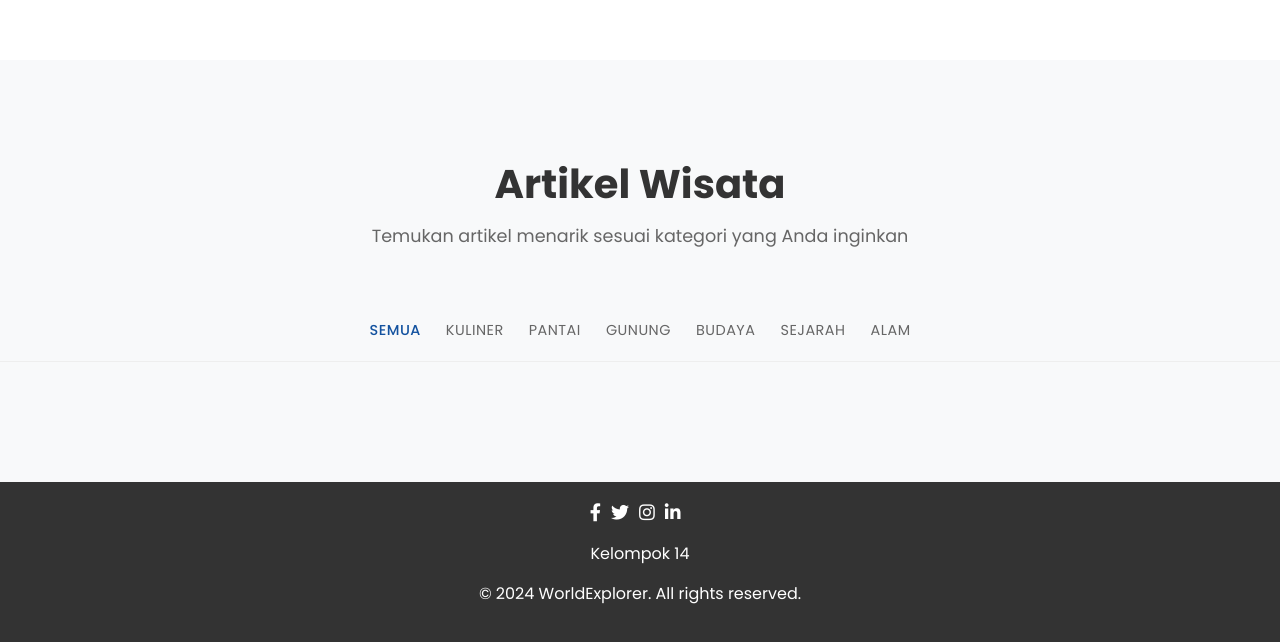
Repository: jalssonn/UAS_FRONTEND_NEW
Page: frontend/index.html
The author's editor kept a copy of each file at every save. The page is drawn from the files as they stood at one save, then again after the next save.
The browser window is 1280 px wide. The pictures show the part of the page from y = 3750 to 4432 px (the page is 4392 px tall before and 4432 px after).
A picture or video elsewhere on the page could not be fetched, so the positions and the page height are approximate. The page's requests for data from a server got no answer.

Above is the page before, as saved 2024-12-06 04:13:46.

After the next save:
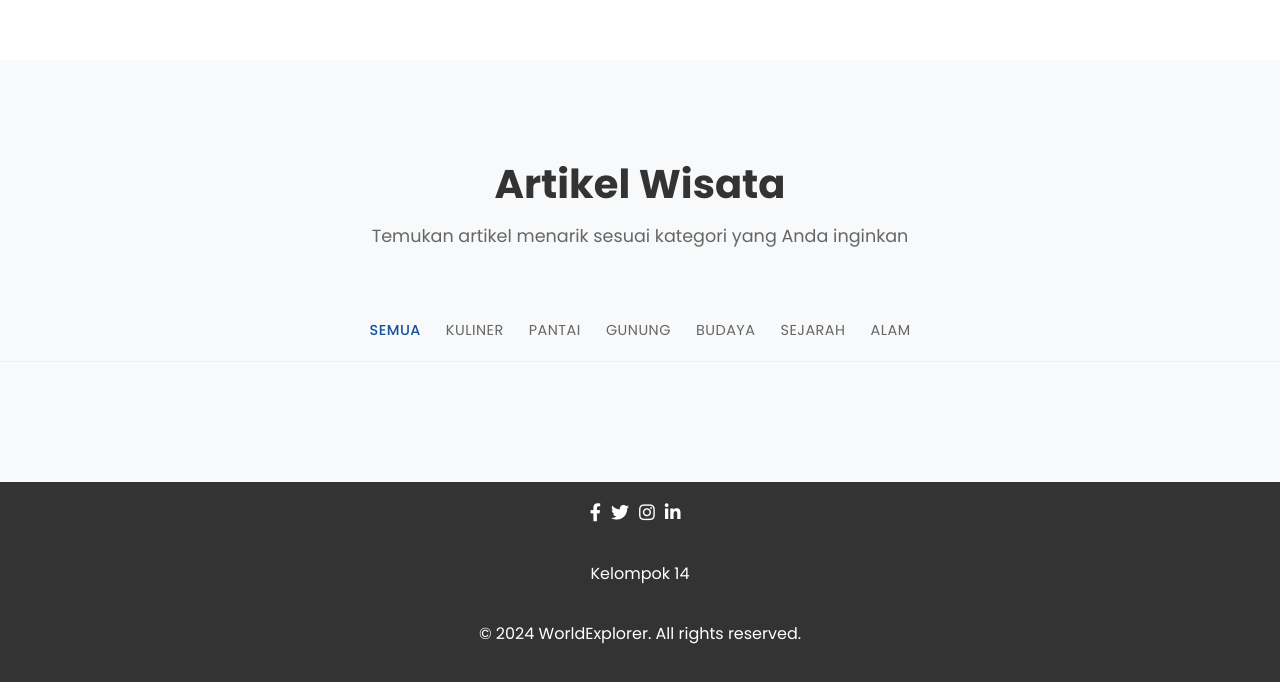
Saved 27 s later.
--- a/frontend/styles/main.css
+++ b/frontend/styles/main.css
@@ -915,3 +915,13 @@ body, html {
 .footer .social-links a:hover {
     color: #007bff;
 }
+
+.footer .kelompok {
+    position: relative;
+    bottom: 0;
+    width: 100%;
+    padding: 20px 0;
+    background-color: #333;
+    text-align: center;
+    color: #fff;
+}
